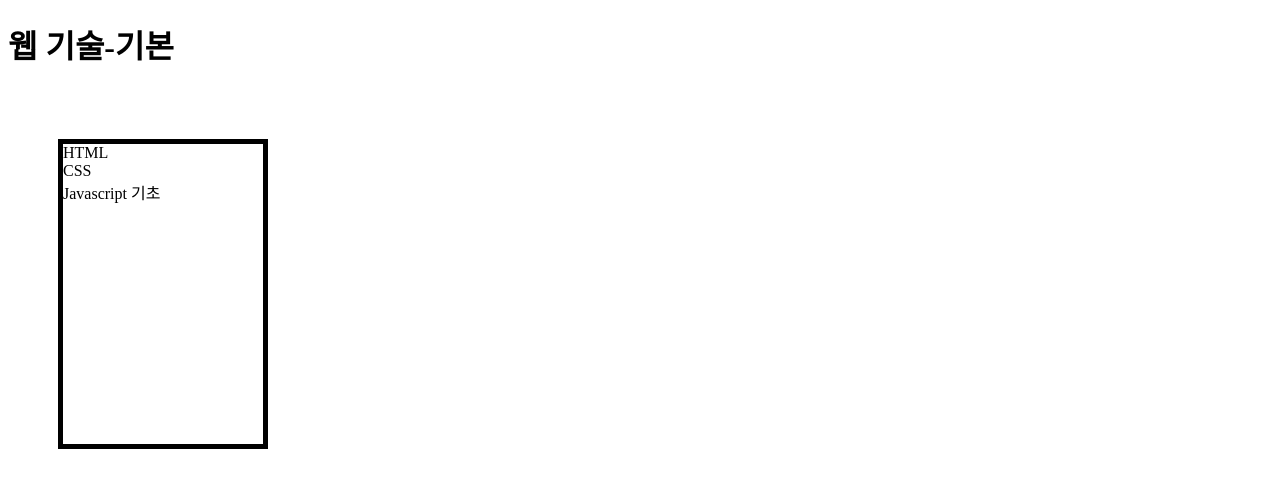
Repository: dudadab/Hhyundaiezwel_Academy
Page: CSS01/src/main/webapp/test1.html
The author's editor kept a copy of each file at every save. The page is drawn from the files as they stood at one save, then again after the next save.
The browser window is 1280 px wide. The pictures show the whole page.

Above is the page before, as saved 2025-07-02 06:16:58.

### CSS01/src/main/webapp/test1.html
<!DOCTYPE html>
<html>
<head>
<meta charset="UTF-8">
<title>Insert title here</title>
	<style type="text/css">
		#parent {
    		position:absolute;
    		width:200px;
    		height:300px;
    		border:solid 5px #000;
    		margin:50px 0 0 50px;
    	}


	</style>
</head>
<body>
	<h1>웹 기술-기본</h1>
	<div id="parent">
        <div id="HTML">HTML</div>
        <div id="CSS">CSS</div>
        <div id="Javascript">Javascript 기초</div>
	</div>
</body>
</html>

After the next save:
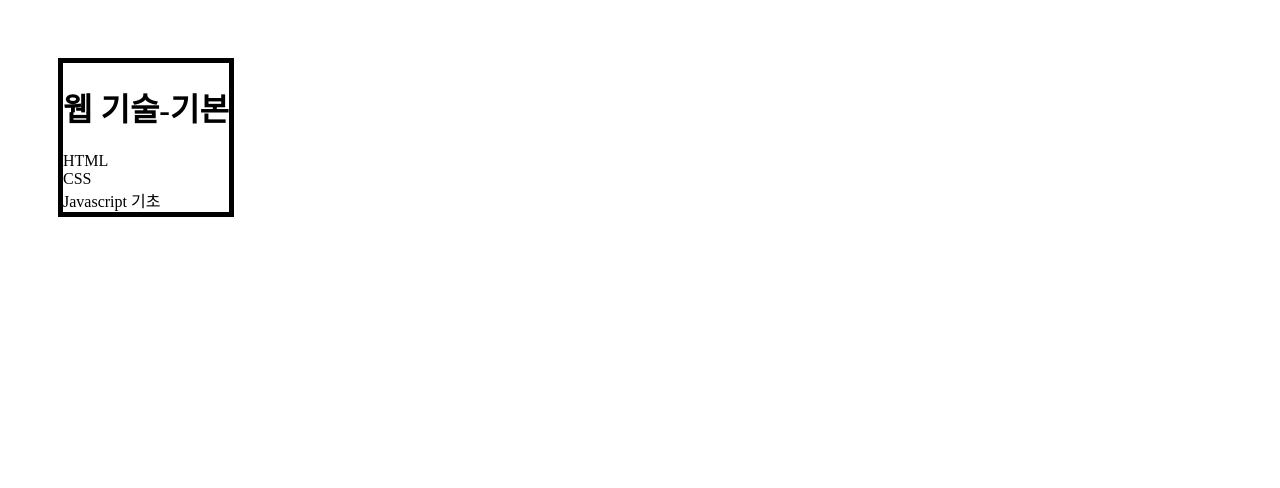
Saved 21 s later.
--- a/CSS01/src/main/webapp/test1.html
+++ b/CSS01/src/main/webapp/test1.html
@@ -6,8 +6,6 @@
 	<style type="text/css">
 		#parent {
     		position:absolute;
-    		width:200px;
-    		height:300px;
     		border:solid 5px #000;
     		margin:50px 0 0 50px;
     	}
@@ -16,8 +14,8 @@
 	</style>
 </head>
 <body>
-	<h1>웹 기술-기본</h1>
 	<div id="parent">
+		<h1>웹 기술-기본</h1>
         <div id="HTML">HTML</div>
         <div id="CSS">CSS</div>
         <div id="Javascript">Javascript 기초</div>
